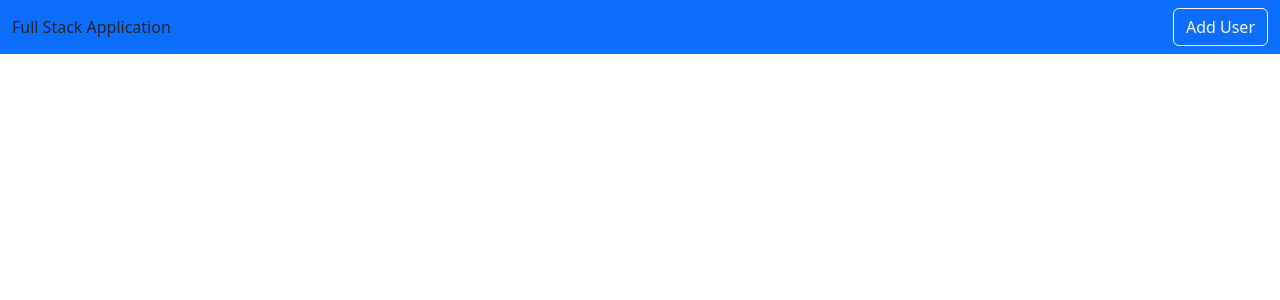
Repository: rajratangm/spring
Page: /adduser (app in front/)
An editor plug-in stored every save of this project. The page is shown before and after the next save, followed by the edit.
The browser window is 1280 px wide. The pictures show the whole page.
The project was rebuilt for these pictures with package versions that can differ from the ones it lists, and the page was loaded fresh each time. Also part of the build but not shown: front/src/pages/Home.js.

Above is the page before, as saved 2024-05-19 18:14:59.

### front/src/App.js

import './App.css';
import "../node_modules/bootstrap/dist/css/bootstrap.min.css";
import Navbar from './layout/Navbar';
import Home from './pages/Home';
import { BrowserRouter as Router, Routes, Route } from 'react-router-dom';
import AddUser from './users/AddUser';
function App() {
  return (
    <div className="App">

      <Router>
      <Navbar/>
      <Routes>
        <Route exact path="/" element={<Home/>} />
        <Route exact path="/adduser" element={<AddUser/>}/>
      </Routes>
      </Router>

    </div>
  );
}

export default App;

### front/src/layout/Navbar.js
import React from 'react'
import { Link } from "react-router-dom";

const Navbar = () => {
  return (
    <div>
    <nav className="navbar navbar-expand-lg navbar-dark bg-primary">
      <div className="container-fluid">

          Full Stack Application

        <button
          className="navbar-toggler"
          type="button"
          data-bs-toggle="collapse"
          data-bs-target="#navbarSupportedContent"
          aria-controls="navbarSupportedContent"
          aria-expanded="false"
          aria-label="Toggle navigation"
        >
          <span className="navbar-toggler-icon"></span>
        </button>
          <Link className='btn btn-outline-light' to='/adduser'>Add User</Link>

      </div>
    </nav>
  </div>
  )
}

export default Navbar

### front/src/users/AddUser.js
import React from 'react'

const AddUser = () => {
  return (
    <div>



    </div>
  )
}

export default AddUser

Loaded but not shown: front/public/index.html (common file); front/src/index.js (common file); front/src/index.css (common file); front/src/reportWebVitals.js (common file); front/src/App.css (common file)

After the next save:
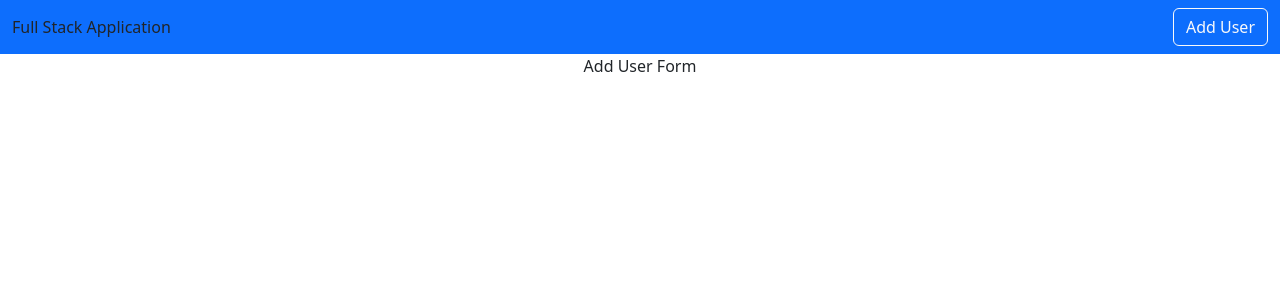
Saved 2 min 33 s later.
--- a/front/src/users/AddUser.js
+++ b/front/src/users/AddUser.js
@@ -3,8 +3,7 @@
 const AddUser = () => {
   return (
     <div>
-
-
+        Add User Form
 
     </div>
   )

After the save that followed:
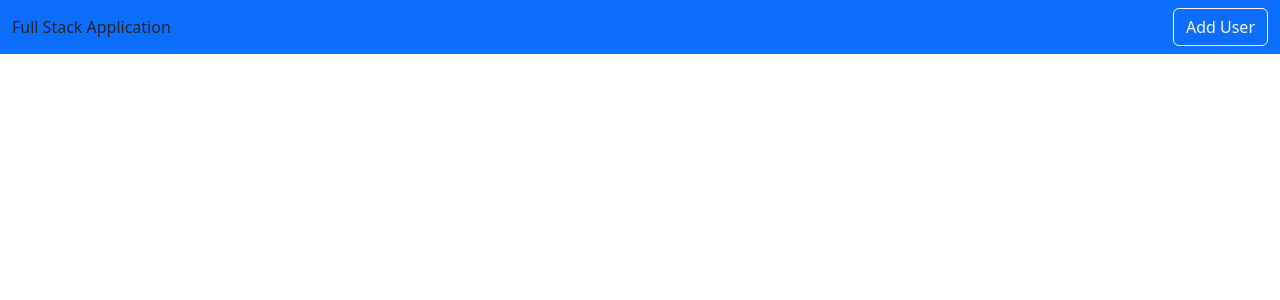
Saved 8 s later.
--- a/front/src/users/AddUser.js
+++ b/front/src/users/AddUser.js
@@ -3,7 +3,7 @@
 const AddUser = () => {
   return (
     <div>
-        Add User Form
+
 
     </div>
   )
